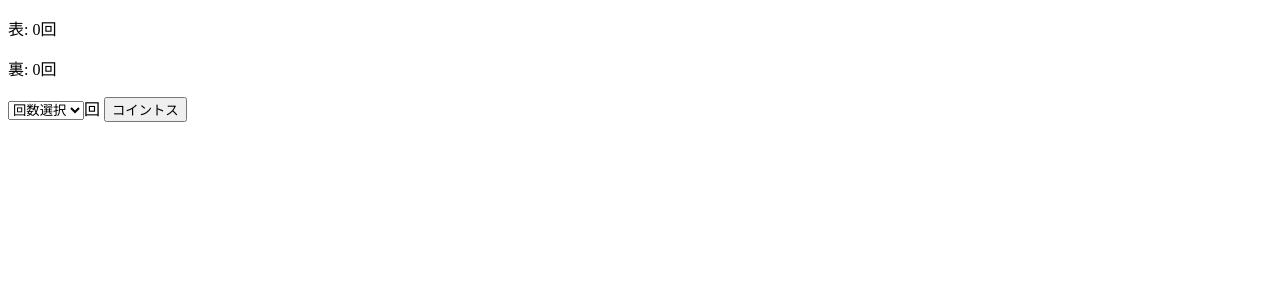
Repository: tppei/PHP
Page: http://localhost/htdocs/php08/practice_loop_elementary.php
The author's editor kept a record of every edit. The page is drawn from the files as they stood at one moment, then again after the next edit.
The browser window is 1280 px wide. The pictures show the whole page.
The page is run by PHP 8.4 with error messages shown; the project is at /var/www/html/.

Above is the page before.

After the next edit:
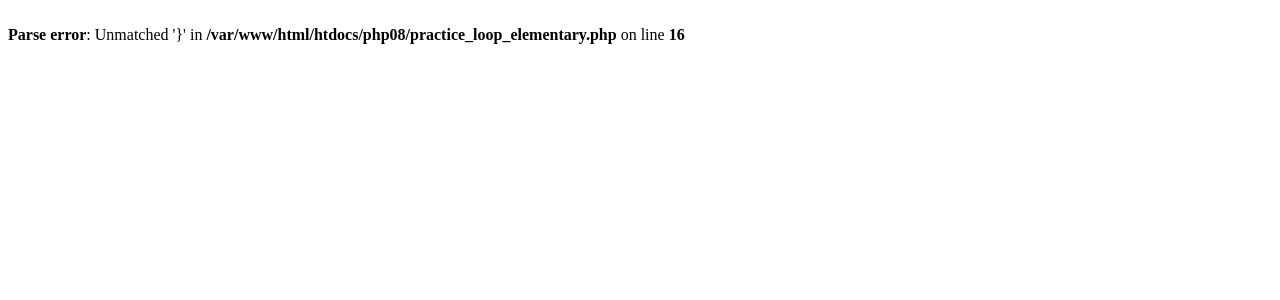
The edit:
--- a/htdocs/php08/practice_loop_elementary.php
+++ b/htdocs/php08/practice_loop_elementary.php
@@ -3,9 +3,8 @@
  $back =0;
  $num ='';
 
- if (isset($_POST['toss']) === TRUE) {
+//  if (isset($_POST['toss']) === TRUE) {
     $num = htmlspecialchars($_POST['toss'], ENT_QUOTES, 'UTF-8');
-    print $num;
     for($i = 0; $i <= $num; $i++) {
         $rand = rand(0, 1);
         if($rand === 0) {
